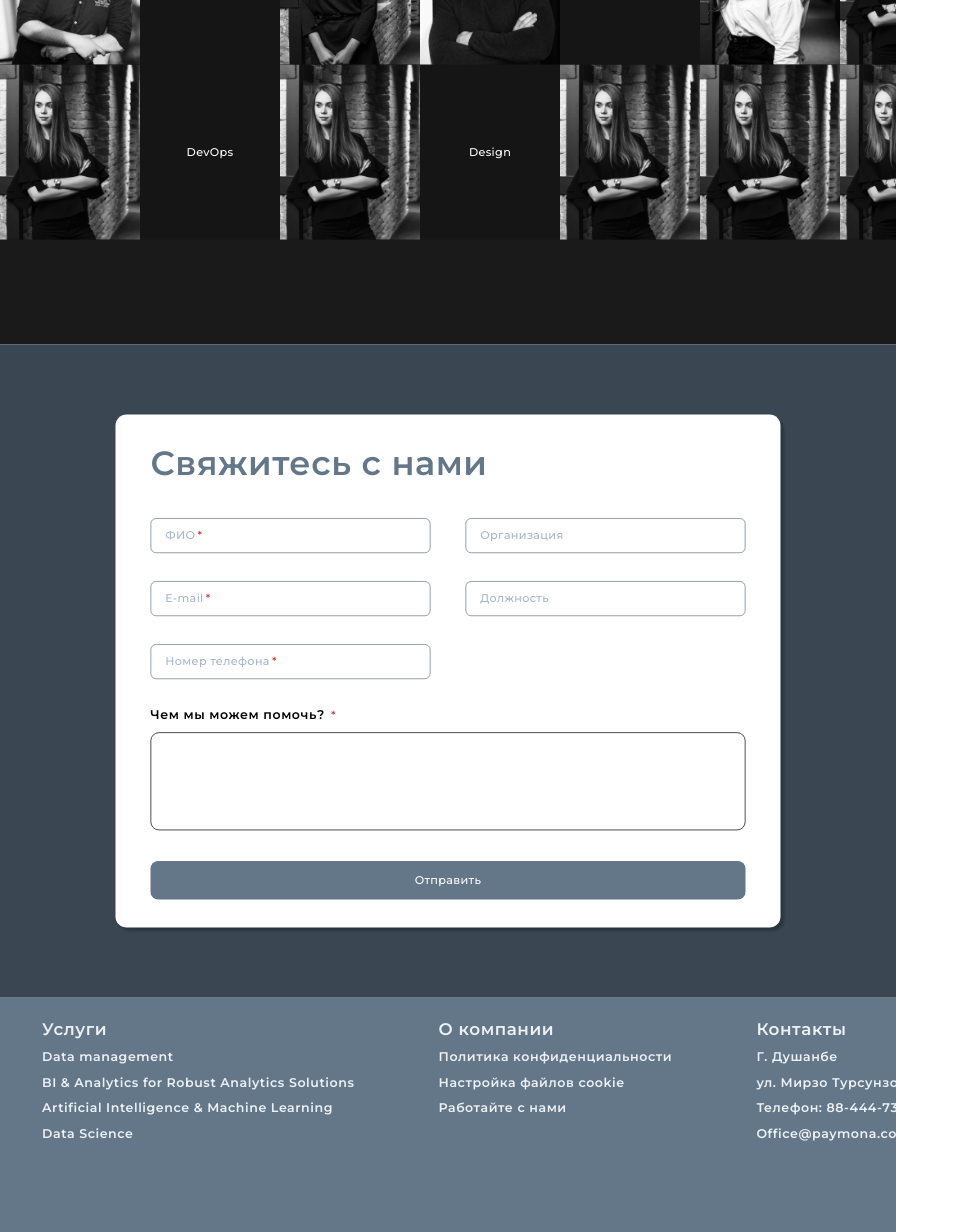
Repository: DalerAlyamov/paymona
Page: /about-us
These files come from the project's save history. The page is drawn as it stood at one moment and after a run of saves; the edit follows.
The browser window is 1280 px wide. The page is 1400 px wide, so the pictures cover 1400 px, including what lies to the right of the window. The pictures show the part of the page from y = 993 to 2753 px (the page is 2753 px tall), at 70% of full size.
The project was rebuilt for these pictures with package versions that can differ from the ones it lists, and the page was loaded fresh each time. Also part of the build but not shown: src/icons/Home.js, src/icons/HeadsetMic.js, src/icons/Person.js, src/icons/Work.js, src/icons/ExpandMore.js, src/icons/ArrowForwardIos.js, src/icons/Search.js, src/icons/FilterList.js and 17 more.

Above is the page before, as saved 2021-09-11 15:12:51.

### src/index.js
import React from 'react'
import ReactDOM from 'react-dom'
import './styles/global.sass'
import App from './App'
import { BrowserRouter as Router } from 'react-router-dom'

ReactDOM.render(
  <Router>
    <App />
  </Router>,
  document.getElementById('root')
)

### src/styles/global.sass
@import url('https://fonts.googleapis.com/css2?family=Montserrat:wght@100;200;300;400;500;600;700;800;900&display=swap')

*
  margin: 0
  padding: 0
  font-family: 'Montserrat', sans-serif
  box-sizing: border-box
  list-style: none
  text-decoration: none
  outline: none
  border: none
  background: none
  font-size: 1rem
  font-weight: 500
  letter-spacing: 0.03rem
  user-select: none
  resize: none

html, body
  overflow-x: hidden
  scroll-behavior: smooth

a
  color: #000
  &:hover, &:active
    color: #000

button, button *
  cursor: pointer

@mixin container
  width: 1400px
  margin: 0 auto

### src/App.js
import React from 'react'
import { Switch, Route } from 'react-router-dom'
import Header from './components/Header/Header'
import Home from './pages/Home'
import DataManagement from './pages/DataManagement'
import Services from './pages/Services'
import BI from './pages/BI'
import ML from './pages/ML'
import DataScience from './pages/DataScience'
import About from './pages/About'
import Footer from './components/Footer/Footer'

const App = () => {
  return (
    <>
      <Header />
      <Switch>
        <Route path='/data-science'>
          <DataScience />
        </Route>
        <Route path='/ml'>
          <ML />
        </Route>
        <Route path='/bi'>
          <BI />
        </Route>
        <Route path='/about-us'>
          <About />
        </Route>
        <Route path='/data-management'>
          <DataManagement />
        </Route>
        <Route path='/services'>
          <Services />
        </Route>
        <Route path='/'>
          <Home />
        </Route>
      </Switch>
      <Footer/>
    </>
  )
}

export default App

### src/components/Header/Header.js
import React, { useEffect, useState } from 'react'
import classNames from 'classnames'
import styles from './Header.module.sass'
import { Logo } from '../../icons'
import { Link, useHistory } from 'react-router-dom'

const Header = ({
  className
}) => {

  const [activeLink, setActiveLink] = useState()

  const history = useHistory()

  useEffect(() => {
    setActiveLink(history.location.pathname)
    history.listen(location => setActiveLink(location.pathname))
  }, [history])

  return (
    <div className={classNames(className, styles.root)}>

      <div className={styles.container}>

        <Link className={styles.logo} to='/'>
          <Logo size={168} />
        </Link>

        <Nav activeLink={activeLink} />

      </div>

    </div>
  )
}

const Nav = ({
  activeLink
}) => {
  return (
    <div className={styles.nav}>
      <Link className={classNames(styles.link, activeLink === '/' && styles['link--active'])} to='/'>
        Главная
      </Link>
      <Link className={classNames(styles.link, activeLink === '/services' && styles['link--active'])} to='/services'>
        Услуги
      </Link>
      <Link className={classNames(styles.link, activeLink === '/about-us' && styles['link--active'])} to='/about-us'>
        О нас
      </Link>
      <Link className={classNames(styles.link, activeLink === '/contacts' && styles['link--active'])} to='/contacts'>
        Контакты
      </Link>
    </div>
  )
}

export default Header

### src/pages/About.js
import React from 'react'
import styles from './page.module.sass'
import AboutCom from '../components/About/About'
import Login from '../components/Login/Login'

const About = () => {
  return (
    <div className={styles.root}>

      <AboutCom/>

      <Login isDark />

    </div>
  )
}

export default About

### src/components/Footer/Footer.js
import React from 'react'
import { Link } from 'react-router-dom'
import styles from './Footer.module.sass'
const Footer = () => {
  return (
    <div className={styles.root}>

      <div className={styles.container}>

        <div className={styles.services}>
          <span className={styles.title}>Услуги</span>
          <Link to='/' className={styles.servicesItems}>Data management </Link>
          <Link to='/' className={styles.servicesItems}>BI & Analytics for Robust Analytics Solutions</Link>
          <Link to='/' className={styles.servicesItems}>Artificial Intelligence & Machine Learning</Link>
          <Link to='/' className={styles.servicesItems}>Data Science </Link>
       </div>

        <div className={styles.AboutCompany}>
          <span className={styles.title}>О компании</span>
          <Link to='/' className={styles.servicesItems}>Политика конфиденциальности</Link>
          <Link to='/' className={styles.servicesItems}>Настройка файлов cookie</Link>
          <Link to='/' className={styles.servicesItems}>Работайте с нами</Link>
        </div>

        <div className={styles.AboutCompany}>
          <span className={styles.title}>Контакты</span>
          <Link to='/' className={styles.servicesItems}>Г. Душанбе</Link>
          <Link to='/' className={styles.servicesItems}>ул. Мирзо Турсунзода 40</Link>
          <Link to='/' className={styles.servicesItems}>Телефон: 88-444-73-75</Link>
          <Link to='/' className={styles.servicesItems}>Office@paymona.com</Link>
        </div>

      </div>

    </div>
  )
}

export default Footer

### src/components/Header/Header.module.sass
@import '../../styles/global'

.root
  position: absolute
  top: 0
  left: 0
  width: 100%
  padding: 23px 0

.container
  display: flex
  align-items: center
  justify-content: space-between
  @include container

.logo
  display: flex
  align-items: center
  justify-content: center
  path
    color: #000

.nav
  display: flex
  align-items: center
  justify-content: flex-end
  gap: 75px

.link
  font-size: 1.5rem
  font-weight: 600
  position: relative
  &::after
    content: ''
    position: absolute
    top: calc(100% + 5px)
    left: 50%
    transform: translateX(-50%)
    width: 0
    height: 0px
    background: #000
    transition: 100ms ease-in-out
  &:hover
    &::after
      width: 100%
      height: 3px
      border-radius: 50px 50px 0 0

.link--active
  &::after
    width: 100%
    height: 3px
    border-radius: 50px 50px 0 0

### src/icons/index.js
import Logo from './Logo'
import Home from './Home'
import HeadsetMic from './HeadsetMic'
import Person from './Person'
import Work from './Work'
import ExpandMore from './ExpandMore'
import ArrowForwardIos from './ArrowForwardIos'
import Search from './Search'
import FilterList from './FilterList'
import KeyboardDown from './KeyboardDown'
import MoreVert from './MoreVert'
import CheckBox from './CheckBox'
import CheckBoxOutlineBlank from './CheckBoxOutlineBlank'
import Close from './Close'
import KeyboardArrowRight from './KeyboardArrowRight'

export {
  Logo,
  Home,
  HeadsetMic,
  Person,
  Work,
  ExpandMore,
  ArrowForwardIos,
  Search,
  FilterList,
  KeyboardDown,
  MoreVert,
  CheckBox,
  CheckBoxOutlineBlank,
  Close,
  KeyboardArrowRight
}

### src/components/Login/Login.js
import React, { useState } from 'react'
import classNames from 'classnames'
import styles from './Login.module.sass'
import rectangle from './rectangle.png'
import GoogleInput from '../GoogleInput/GoogleInput'
import TextareaAutosize from 'react-textarea-autosize'

const Login = ({
  className,
  isDark=false
}) => {
  return (
    <div className={classNames(className, styles.root, isDark && styles['root--dark'])} id='contact'>

      {!isDark &&
        <img src={rectangle} className={styles.rectangle} alt="" />
      }

      <Panel />

    </div>
  )
}

const Panel = () => {

  const [name, setName] = useState('')
  const [email, setEmail] = useState('')
  const [phone, setPhone] = useState('')
  const [organization, setOrganization] = useState('')
  const [position, setPosition] = useState('')
  const [msg, setMsg] = useState('')

  const handleSend = () => {

  }

  return (
    <div className={styles.panel}>

      <span className={styles.title}>
        Свяжитесь с нами
      </span>

      <div className={styles.wrap}>
        <div className={styles.wrap__left}>
          <GoogleInput
            className={styles.input}
            placeholder='ФИО'
            setValue={setName}
            value={name}
            required
          />

          <GoogleInput
            className={styles.input}
            placeholder='E-mail'
            setValue={setEmail}
            value={email}
            required
          />

          <GoogleInput
            className={styles.input}
            placeholder='Номер телефона'
            setValue={setPhone}
            value={phone}
            required
          />
        </div>
        <div className={styles.wrap__right}>
          <GoogleInput
            className={styles.input}
            placeholder='Организация'
            setValue={setOrganization}
            value={organization}
          />

          <GoogleInput
            className={styles.input}
            placeholder='Должность'
            setValue={setPosition}
            value={position}
          />
        </div>
      </div>

      <div className={styles.input_title}>
        Чем мы можем помочь? <span className={styles.required_star}>*</span>
      </div>

      <TextareaAutosize
        className={styles.textarea}
        minRows={6}
        value={msg}
        onChange={e => setMsg(e.target.value)}
      />

      <button className={styles.send_btn} onClick={() => handleSend()}>
        Отправить
      </button>

    </div>
  )
}

export default Login

### src/pages/page.module.sass
@import '../styles/global'

.root
  padding-top: 166px

### src/components/Footer/Footer.module.sass
@import '../../styles/global'

.root
  width: 100%
  height: 335px
  background: #647789

.container
  @include container
  display: flex
  justify-content: space-around

.sub
  padding: 30px 0 0 0
  display: flex
  flex-direction: column
  height: 100%


.title
  color: #EDF1F5
  font-size: 24px
  letter-spacing: 0.05rem
  line-height: 29.26px
  font-weight: 600
  padd

.block
  width: 542px
  padding-top: 30px
  display: flex
  justify-content: space-between

.input
  background: #EDF1F5
  width: 277px
  height: 40px
  font-size: 16px
  padding-left: 10px
  &::placeholder
    font-size: 14px


.btn
  border: 1px solid #EDF1F5
  color: #EDF1F5
  padding: 9px 40px

.security
  height: 100%
  display: flex
  align-items: flex-end
  padding-bottom: 30px
  color: #EDF1F5
  font-size: 18px
  letter-spacing: 0.05rem
  line-height: 21.94px

.services
  height: 100%
  padding: 30px 0 0 0
  display: flex
  flex-direction: column
  justify-content: flex-start

.servicesItems
  text-align: start
  padding: 15px 0 0 0
  font-size: 18px
  letter-spacing: 0.05rem
  font-weight: 600
  line-height:  21.94px
  color: #EDF1F5
  &:hover
    color: #EDF1F5
    text-decoration: underline

.AboutCompany
  height: 100%
  padding: 30px 0 0 0
  display: flex
  flex-direction: column
  justify-content: flex-start

### src/components/Performance/Performance.module.sass
@import '../../styles/global'

.root
  min-height: 100vh
  padding-top: 166px

.container
  position: relative
  @include container
  height: 636px

.panel_hd
  position: absolute
  top: 0
  left: 0

.perfomance_vector
  position: absolute
  right: 100px
  top: 50px
  z-index: 10

.content
  left: 100px
  top: 80px
  position: absolute
  z-index: 10
  display: flex
  align-items: flex-start
  flex-direction: column

.title
  font-size: 3rem
  margin-bottom: 70px

.description
  margin-bottom: 50px
  line-height: 24px
  letter-spacing: 0.06rem

.button
  display: inline-block
  padding: 18px 34px
  background: #647789
  border-radius: 8px
  color: #fff
  transition: 70ms linear
  &:hover
    background: darken(#647789, 5%)
    color: #fff
  &:active
    background: darken(#647789, 10%)
    color: #fff

.down_btn
  position: absolute
  z-index: 10
  left: 50%
  bottom: 24px
  transform: translateX(-50%)
  background: #fff
  padding: 63px 38px
  border-radius: 50px
  path
    color: #000

### src/components/AboutUs/AboutUs.module.sass
@import '../../styles/global'

.root
  margin: 80px 0 190px 0
  position: relative
  height: 1440px

.container
  position: relative
  @include container
  height: 636px

.panel_hd
  z-index: 10
  position: absolute
  top: 0
  left: 0
  width: 100%
  height: 455px !important

.sec_panel_hd
  position: absolute
  top: 20px
  left: 0
  width: 100%
  height: 1463px !important

.content
  width: 100%
  z-index: 1000
  left: 0
  top: 93px
  position: absolute
  display: flex
  align-items: flex-start
  flex-direction: column

.title
  font-size: 38px
  margin-bottom: 30px
  font-weight: 600

.text
  font-weight: 500
  font-size: 18px
  width: 420px
  letter-spacing: 5%
  line-height: 38px

.text2
  font-weight: 500
  font-size: 18px
  width: 701px
  letter-spacing: 5%
  line-height: 38px

.text3
  font-weight: 500
  font-size: 18px
  width: 600px
  letter-spacing: 5%
  line-height: 38px

.righgtTerxt
  width: 100%
  display: flex
  justify-content: flex-end

.Selecting_team
  position: absolute
  right: 100px
  top: 230px
  z-index: 20

.Coworking
  position: absolute
  left: 0
  top: 880px
  z-index: 20

.about
  width: 180px
  justify-content: space-between
  margin-top: 120px
  display: flex
  align-items: center
  font-size: 36px
  font-weight: 600
  margin-bottom: 40px

hr
  width: 45px
  height: 1px
  background: #000

### src/components/Services/Services.module.sass
@import '../../styles/global'

.root
  background: #647789
  margin-bottom: 530px
  border-radius: 20px
  padding-top: 20px

.container
  position: relative
  width: 100%
  min-height: 1500px
  @include container

.road_map_png
  position: absolute
  left: 0
  top: 50px

.worlspace_amico
  position: absolute
  bottom: 250px
  right: 200px

.title
  display: inline-block
  margin: 50px 0
  color: #EDF1F5
  font-size: 3.375rem
  font-weight: 600
  line-height: 58px

.description
  color: #DCE1E9
  font-size: 2.25rem
  font-weight: 600
  letter-spacing: 0.06rem
  line-height: 43px

.point
  position: absolute
  display: flex
  flex-direction: column
  justify-content: flex-start

.point__title
  color: #fff
  font-size: 2.25rem
  margin-bottom: 14px

.point__description
  max-width: 320px
  font-size: 1.125rem
  color: #DCE1E9

.point_1
  top: 180px
  left: 715px

.point_2
  top: 490px
  left: 715px

.point_3
  top: 690px
  left: 0px

.point_4
  top: 1015px
  left: 100px

.services_list
  background: #fff
  border-radius: 20px
  padding: 50px 100px
  position: absolute
  top: calc(100% - 200px)
  left: 50%
  transform: translateX(-50%)
  display: flex
  justify-content: space-between
  gap: 180px
  box-shadow: 0px 8px 4px rgba(0, 0, 0, 0.12)

.services_list__title
  font-size: 3rem
  color: #000
  margin-bottom: 60px
  display: inline-block

.services_list__list
  display: flex
  flex-direction: column
  justify-content: space-between
  svg
    transition: 100ms linear

.services_list__link
  width: 530px
  flex-grow: 1
  display: flex
  justify-content: space-between
  align-items: center
  span
    max-width: 400px
    font-size: 1.5rem
    font-weight: 600
  &:hover
    text-decoration: underline
    svg
      transform: translateX(10px)
      transition: 100ms linear

### src/components/Login/Login.module.sass
@import '../../styles/global'

.root
  position: relative
  padding-top: 100px
  padding-bottom: 100px
  display: flex
  align-items: center
  justify-content: center

.root--dark
  background: #3A4753

.rectangle
  position: absolute
  width: 100%
  top: 0
  left: 0

.panel
  display: inline-block
  padding: 40px 50px
  border-radius: 16px
  position: relative
  z-index: 100
  margin: 0 auto
  background: #fff
  box-shadow: 5px 5px 4px rgba(0, 0, 0, 0.25)

.title
  font-size: 3rem
  letter-spacing: 0.05rem
  text-align: center
  color: #647789
  font-weight: 600
  margin-bottom: 50px
  display: inline-block

.wrap
  display: flex
  align-items: flex-start
  justify-content: space-between
  gap: 50px
  flex-wrap: wrap
  width: 100%

.input
  margin-bottom: 40px

.input_title
  font-size: 1.125rem
  font-weight: 600
  letter-spacing: 0.05rem

.required_star
  display: inline-block
  margin-left: 3px
  color: #d42f2f
  margin-bottom: 15px

.textarea
  width: 100%
  border-radius: 12px
  border: 1px solid #000
  padding: 12px 16px

.send_btn
  width: 100%
  padding: 18px 0
  border-radius: 11px
  color: #fff
  margin-top: 40px
  transition: 100ms linear
  background: #647789
  &:hover
    background: darken(#647789, 6%)
  &:active, &:focus
    background: darken(#647789, 13%)

### src/components/GoogleInput/GoogleInput.js
import React, { useState } from 'react'
import classNames from 'classnames'
import styles from './GoogleInput.module.sass'

const GoogleInput = ({
  className,
  placeholder,
  value='',
  setValue,
  required=false
}) => {

  const [focused, setFocused] = useState(false)

  return (
    <div
      className={classNames(
        className,
        styles.root,
        (focused || value.trim() !== '') && styles['root--focused']
      )}
    >

      <span className={styles.placeholder}>
        {placeholder}
        {required &&
          <span className={styles.required_star}>*</span>
        }
      </span>

      <input
        type="text"
        value={value}
        className={styles.input}
        onChange={e => setValue(e.target.value)}
        onFocus={() => setFocused(true)}
        onBlur={() => setFocused(false)}
      />

    </div>
  )
}

export default GoogleInput

### src/components/OurDignity/OurDignity.module.sass
@import '../../styles/global'

.root
  width: 100%
  background: #647789
  border-radius: 20px
  padding: 50px 0
  margin-bottom: 150px

.container
  @include container

.title
  color: #EDF1F5
  font-size: 3rem
  font-weight: 600
  letter-spacing: 0.05rem

.blocks
  display: grid
  grid-template-columns: 1fr 1fr 1fr
  grid-template-rows: 1fr 1fr

.block
  padding: 45px
  display: flex
  flex-direction: column
  justify-content: flex-start
  align-items: flex-start

.block__vector
  margin-bottom: 15px

.block__title
  color: #EDF1F5
  letter-spacing: 0.05rem
  font-size: 2rem

.block__text
  color: #EDF1F5
  font-size: 1rem
  letter-spacing: 0.05rem
  max-width: 380px
  margin-top: 15px
  line-height: 24px

.block_1
  border-bottom: 1px dashed #fff

.block_2
  border-bottom: 1px dashed #fff
  border-right: 1px dashed #fff
  border-left: 1px dashed #fff

.block_3
  border-bottom: 1px dashed #fff

.block_5
  border-right: 1px dashed #fff
  border-left: 1px dashed #fff

### src/components/SinglePapeComponent/SinglePapeComponent.module.sass
@import '../../styles/global'

.root
  min-height: 90vh

.container
  @include container
  position: relative

.rectangle
  position: absolute
  top: 0
  left: 0
  width: 100%

.headling
  position: absolute
  top: 50px
  left: 100px
  display: flex
  flex-direction: column
  justify-content: flex-start

.vector
  position: absolute
  right: 100px
  top: 20px

.title
  font-size: 3rem
  font-weight: 600

.button
  width: 250px
  padding: 15px 0
  border-radius: 8px
  color: #fff
  margin-top: 30px
  transition: 100ms linear
  text-align: center
  background: #3A4753
  &:hover
    background: darken(#3A4753, 6%)
    color: #fff
  &:active, &:focus
    background: darken(#3A4753, 13%)

.text
  padding-top: 440px
  margin-left: 100px
  font-size: 1.5rem
  font-weight: 600
  letter-spacing: 0.05rem
  color: #263238

### src/components/About/About.module.sass
@import '../../styles/global'

.root
  width: 100vw
  background: #1a1a1a
  padding-bottom: 150px

.hr
  width: 100%
  display: flex
  justify-content: center

.title
  font-size: 180px
  display: flex
  justify-content: center
  padding-top: 150px
  font-weight: 600
  letter-spacing: 120px
  color: #151515
  margin-bottom: 50px

.gridBlocks
  display: grid
  grid-template-columns: 1fr 1fr 1fr 1fr 1fr 1fr 1fr

.container
  @include container

.block
  background: #151515

.bookTitle
  text-align: center
  height: 250px
  width: 100%
  color: #fff
  display: flex
  justify-content: center
  align-items: center

.wrap
  position: relative
  height: 250px
  display: flex
  align-items: center
  justify-content: center
  overflow: hidden
  &:hover
   .hoverBlock
      opacity: 1

.img
  position: absolute
  top: 0
  left: 0
  width: 100%
  object-position: center

.hoverBlock
  display: flex
  opacity: 0
  width: 100%
  height: 100%
  justify-content: flex-end
  align-items: flex-start
  flex-direction: column
  background: #00000075
  padding: 15px
  z-index: 100
  transition: 300ms ease-in-out

.name
  color: #fff
  font-size: 18px
  font-weight: 600

.position
  color: #afafaf
  font-weight: 600
  font-size: 12px

### src/icons/SvgTemplate.js
import styled from 'styled-components'

export default styled.svg.attrs({
  version: '1.1',
  xmlns: 'http://www.w3.org/2000/svg',
  xmlnsXlink: 'http://www.w3.org/1999/xlink',
})``

### src/components/GoogleInput/GoogleInput.module.sass
@import '../../styles/global'

.root
  width: 400px
  border-radius: 8px
  height: 50px
  border: 1px solid #647789
  display: flex
  align-items: center
  justify-content: flex-start
  position: relative

.root--focused
  border-color: #7E96C1
  .placeholder
    font-size: 0.75rem
    transform: translate(-2px, -200%)
    background: rgba(#FFFFFF, 1)
    color: #7E96C1

.placeholder
  transition: 100ms linear
  font-weight: 500
  position: absolute
  top: 50%
  left: 16px
  transform: translateY(-50%)
  color: #A7B6CB
  pointer-events: none
  background: rgba(#FFFFFF, 0)
  padding: 0 4px

.input
  width: 100%
  height: 100%
  padding: 18px 16px

.required_star
  display: inline-block
  margin-left: 3px
  color: #d42f2f

Loaded but not shown: public/index.html (common file); src/icons/Logo.js (65 lines, source omitted); src/components/About/About.js (164 lines, source omitted)

After the next 3 saves:
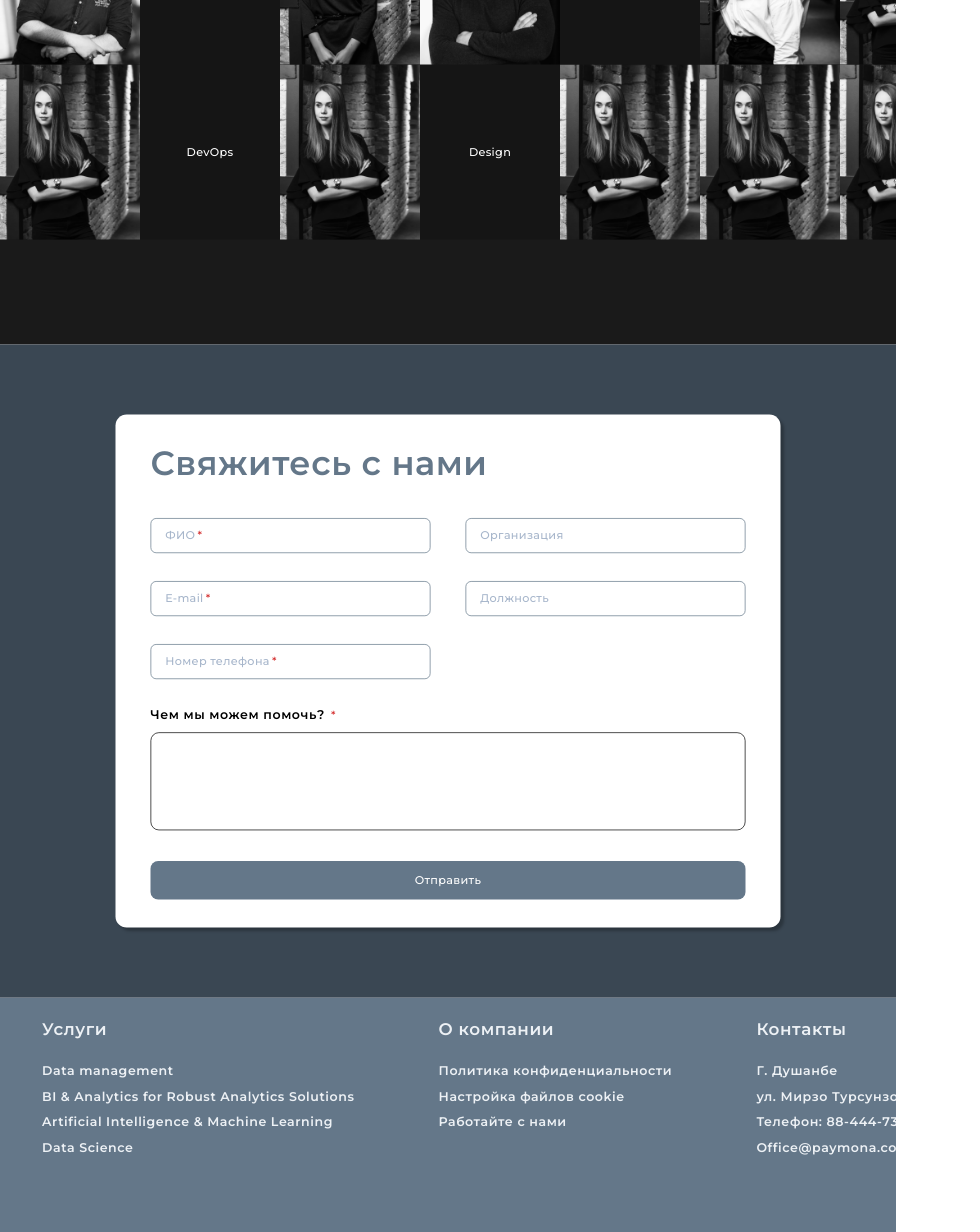
The 3 saves are shown as one change because 1 did not build or start and some came seconds apart.
The last was saved 12 s later.
--- a/src/components/Footer/Footer.module.sass
+++ b/src/components/Footer/Footer.module.sass
@@ -23,7 +23,7 @@
   letter-spacing: 0.05rem
   line-height: 29.26px
   font-weight: 600
-  padd
+  padding: 0 0 20px
 
 .block
   width: 542px
